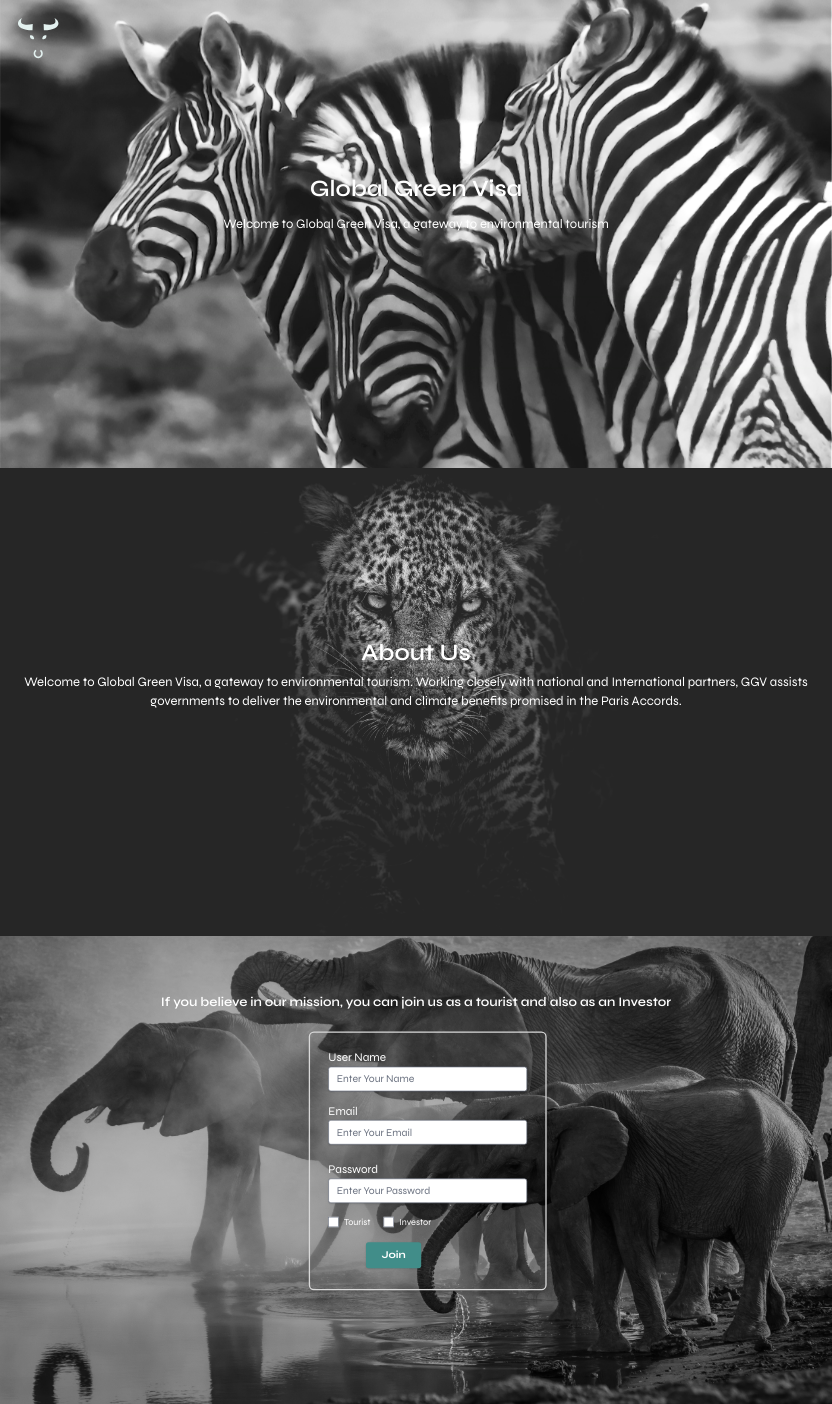
Repository: BrightonMboya/ggv-landingPage
Page: /
These files come from the project's save history. The page is drawn as it stood at one moment and after the next save; the edit follows.
The browser window is 1280 px wide. The pictures show the whole page, at 65% of full size.
The project was rebuilt for these pictures with package versions that can differ from the ones it lists, and the page was loaded fresh each time. The framework's server and built-in components were replaced by stand-ins that run in the browser. Also part of the build but not shown: next.config.js.

Above is the page before, as saved 2022-06-14 14:53:24.

After the next save:
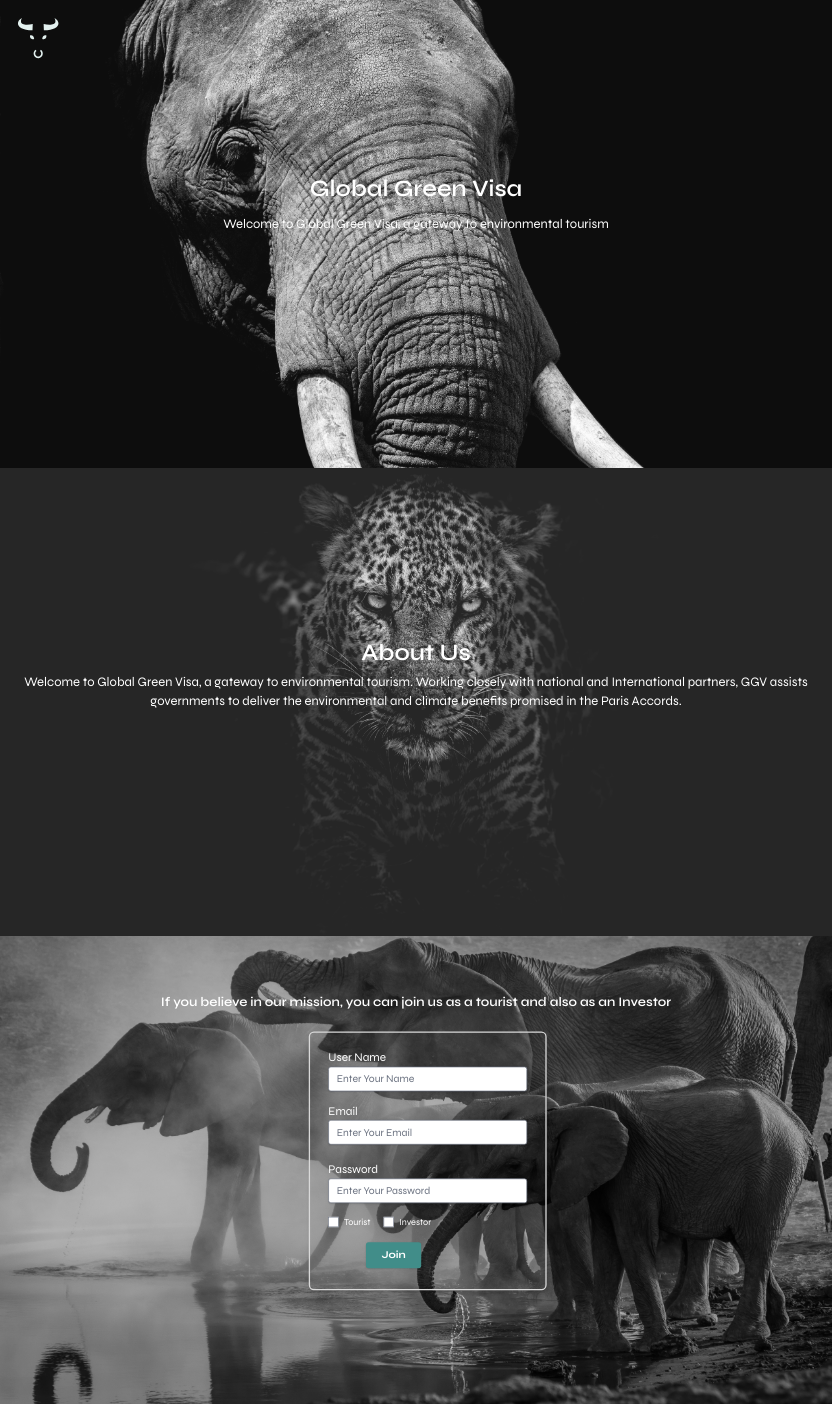
Saved 3 min 44 s later.
--- a/pages/HomePage.js
+++ b/pages/HomePage.js
@@ -19,7 +19,7 @@ const HomePage = () => {
       </Head>
       <div className={`${styles.bgWrap} ${styles.bg}`}>
         <Image
-          src="/home.jpg"
+          src="/elephant.jpg"
           layout="fill"
           objectFit="cover"
           quality={100}
